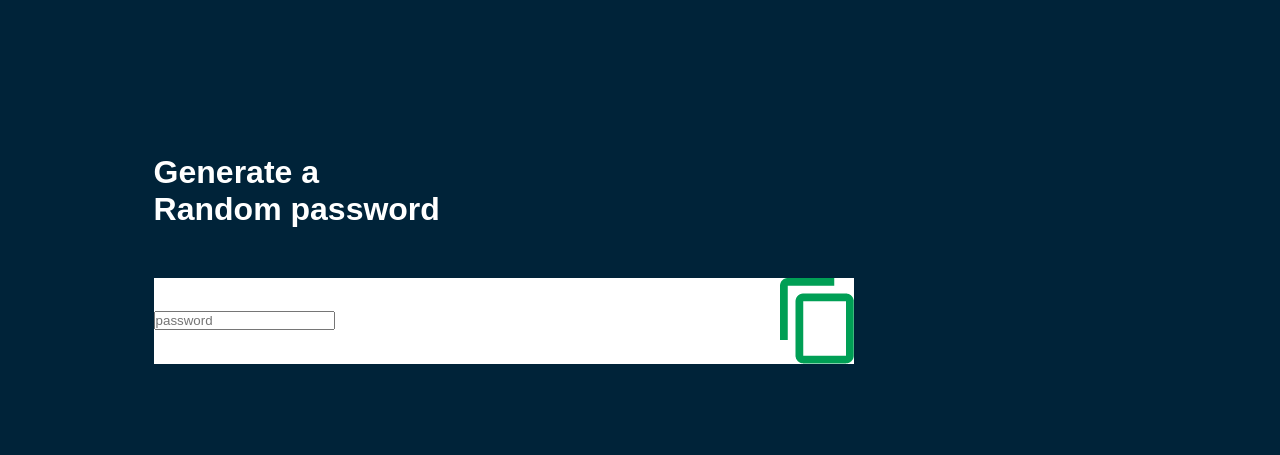
Repository: YAAMAR/password-generator
Page: Random password/index.html
The author's editor kept a copy of each file at every save. The page is drawn from the files as they stood at one save, then again after a run of saves.
The browser window is 1280 px wide. The pictures show the whole page.

Above is the page before, as saved 2024-05-02 18:59:09.

### Random password/index.html
<!DOCTYPE html>
<html lang="en">
<head>
    <meta charset="UTF-8">
    <meta name="viewport" content="width=device-width, initial-scale=1.0">
    <title>Random Password Generator-Easy Tutorials</title>
    <link rel="stylesheet" href="style.css">
</head>
<body>
    <div class="container">

        <h1>Generate a <br>Random password</h1>
        <div class="display">

            <input type="text" id="password" placeholder="password">
            <img src="images/copy.png">
        </div>
    </div>
</body>
</html>

### Random password/style.css
*{
    margin: 0;
    padding: 0;
    font-family: 'poppins',sans-serif;
    box-sizing: border-box;
}
body{
    background: #002339;
    color: #fff;
}
.container{
    margin: 12%;
    width: 90%;
    max-width: 700px;
}
.display{
    width: 100%;
    margin-top: 50px;
    margin-bottom: 30px;
    background:#fff ;
color: #fff;
display: flex;
align-items: center;
justify-content: space-between;
padding: ;
}

After the next 3 saves:
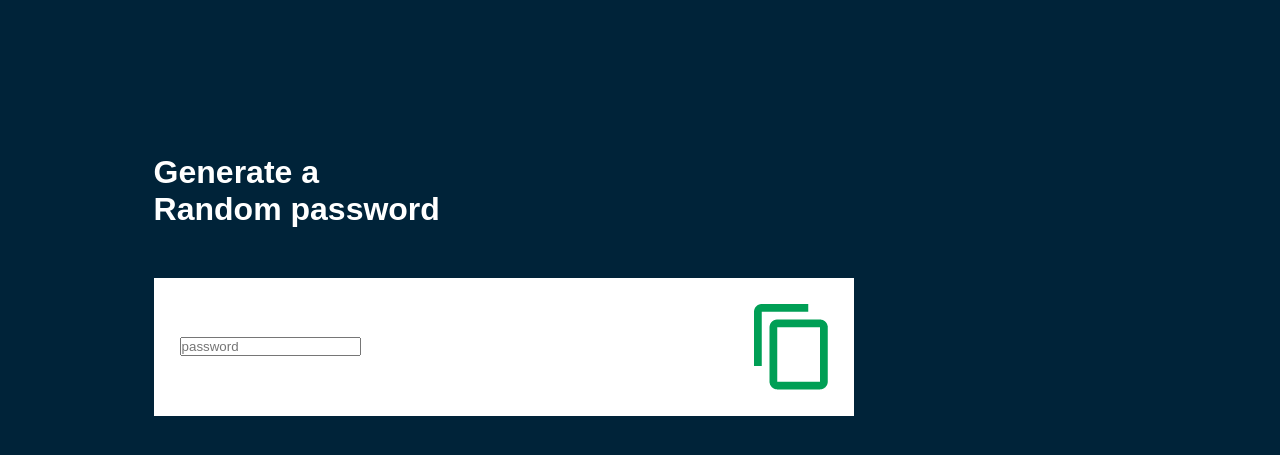
The 3 saves are shown as one change because they came seconds apart.
The last was saved 9 s later.
--- a/Random password/style.css
+++ b/Random password/style.css
@@ -22,5 +22,5 @@ color: #fff;
 display: flex;
 align-items: center;
 justify-content: space-between;
-padding: ;
+padding: 26px ;
 }
